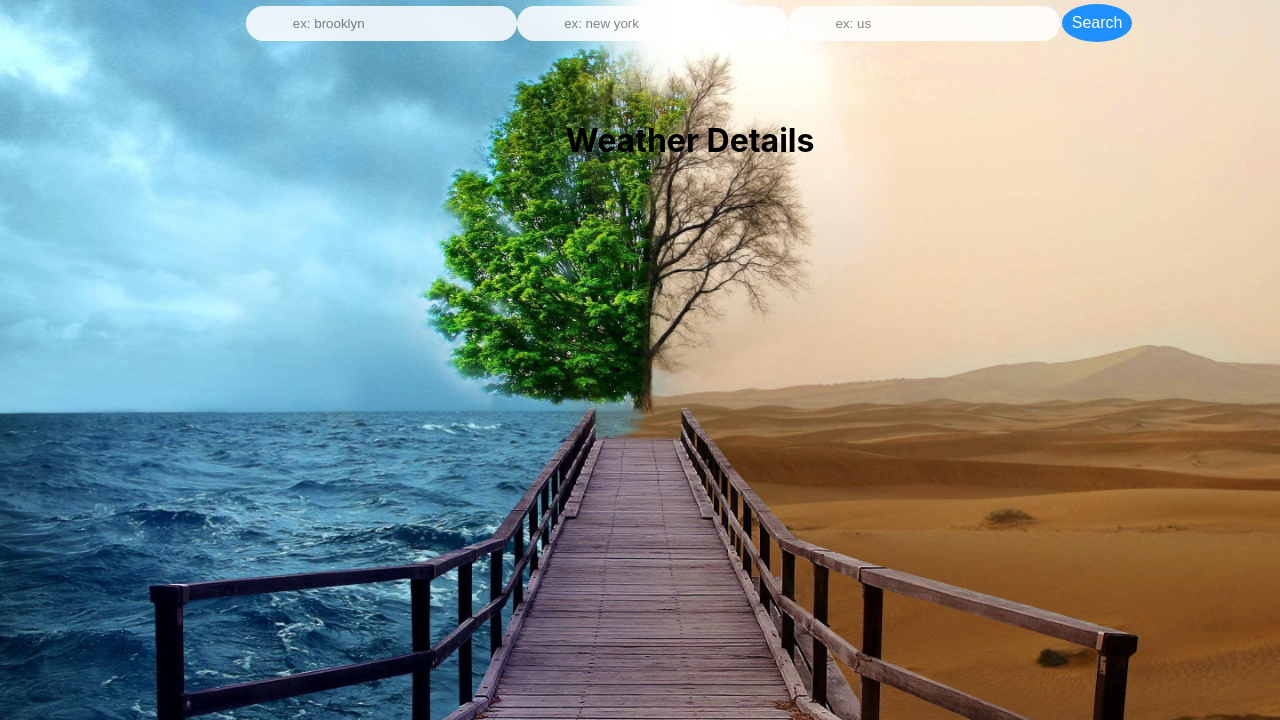
Repository: Mohsin231/Weather_App
Page: /
The author's editor kept a copy of each file at every save. The page is drawn from the files as they stood at one save, then again after the next save.
The browser window is 1280 px wide. The pictures show the whole page.
The project was rebuilt for these pictures with package versions that can differ from the ones it lists, and the page was loaded fresh each time.

Above is the page before, as saved 2021-01-25 04:45:53.

### src/App.js
import React, { useState } from 'react'
import Weather from './Components/Weather'
import WeatherDetails from './Components/WeatherDetails'
import SearchForm from './Components/SearchForm'
import { Route } from 'react-router-dom';
import './App.css';

function App() {

  const [data, setData] = useState({
    city:"",
    state:"",
    country:""
  })

  //weather.js data
  const [weatherData, setWeatherData] = useState(null);
  //weatherDetails data
  const [weatherDetails, setWeatherDetails] = useState(null);

  //displays weather.js data
  function handleChange(event) {
    setData({...data, [event.target.id]:event.target.value})
    console.log(data)
    }

  return (
    <>
    <div className="App">
      <SearchForm
      handleChange={handleChange}
      data={data}
      setData={setData}
      setWeatherData={setWeatherData}
      setWeatherDetails={setWeatherDetails}
      />

<Route path="/" exact component={() => <Weather data={data} setData={setData} weatherData={weatherData}  />} />
<Route path="/" exact component={() => <WeatherDetails data={data} setData={setData} weatherDetails={weatherDetails} />} />

    </div>
    </>

  );
}

export default App;

### src/Components/Weather.js
import React, { useState } from "react";
import WeatherDetails from "../Components/WeatherDetails";
import '../Weather.css';

const Weather = ({ data, setData, weatherData }) => {
  const [action, setAction] = useState("");

  return (
      <div className="main">

        {weatherData &&
        (
          <div className="city-container">

            <div className="city">
            <h2 className="city-name">
              <span>{weatherData.name}, {weatherData.sys.country}</span>
            </h2>

            <div className="city-temp">
              {Math.round(weatherData.main.temp)}
              <sup>&deg;F</sup>
            </div>

            <div className="icon">
              <img className="city-icon" src={`https://openweathermap.org/img/wn/${weatherData.weather[0].icon}@2x.png`} alt={weatherData.weather[0].description} />
              <p>{weatherData.weather[0].description}</p>
            </div>
            </div>

            <button onClick = {() => {setAction("moreDetails")}} id="moreDetails">Show more details...</button>
            </div>

)
}
      {
        action === "moreDetails"
        &&
        <WeatherDetails/>
      }
      </div>

    );
}

export default Weather;




// {weatherData && (
//   <div className="city"
//   <h2 className="city">
//     <span>{weatherData.name}, {weatherData.sys.country}</span>
//   </h2>

// <div className="city-temp">
//   {Math.round(weatherData.main.temp)}
//   <sup>&deg;F</sup>
// </div>

// <div className="city-icon">
// <img className="weather-icon" src={`http://openweathermap.org/img/wn/${weatherData.weather[0].icon}@2x.png`} alt={weatherData.weather[0].description} />
// <p>{weatherData.weather[0].description}</p>
// </div>

// </div>

// )}

// </div>
// </>

### src/Components/WeatherDetails.js
import React from "react";
import '../WeatherDetails.css';

//displays details of weather
const WeatherDetails = ({data, setData, weatherDetails }) => {

  return (
    <div className="main">
      <h1>Weather Details</h1>

      {weatherDetails &&
      (
        <div className="moreInfo">
          <h2>Feels Like: {weatherDetails.main.feels_like}</h2>
          <h2>Min: {weatherDetails.main.temp_min}, Max:{weatherDetails.main.temp_max}</h2>
          <h2>Humidity: {weatherDetails.main.humidity}</h2>
          <h2>Wind Speed: {weatherDetails.wind.speed}</h2>
          </div>

)
}

    </div>

  );
}

export default WeatherDetails;

### src/Components/SearchForm.js
import React, {useEffect} from 'react';
import '../SearchForm.css';
//search


  // Destructure props object
  function SearchForm({handleChange, data, setData, setWeatherData, setWeatherDetails }) {


    const getData = () => {

      let url = `http://api.openweathermap.org/data/2.5/weather?q=${data.city},${data.state},${data.country}&units=imperial&appid=${process.env.REACT_APP_ONEDAY}`

    fetch(url)
      .then(res => res.json())
      .then(res => {
        console.log(res)
        setWeatherData(res);
        setWeatherDetails(res)
      })
      .catch(err => {
        console.error(err);
      });}

  function handleSubmit(event) {
    event.preventDefault();
    getData();
  }

    return (
      <form onSubmit={handleSubmit} className="searchForm">
        <input
          className="search"
          id="city"
          placeholder="ex: brooklyn"
          type="text"
          name="searchString"
          required
          onChange={handleChange}
          value={data.city}
        />
        <input
        className="search"
          id="state"
          placeholder="ex: new york"
          type="text"
          name="searchString"
          required
          onChange={handleChange}
          value={data.state}
        />
        <input
        className="search"
          id="country"
          placeholder="ex: us"
          type="text"
          name="searchString"
          required
          onChange={handleChange}
          value={data.country}
        />
        <button className="button">Search</button>
      </form>
    );
  }
  export default SearchForm;

### src/App.css
.App {
  text-align: center;

}

body {
  background: url("./images/weatherBackground.jpg");
  background-size: cover;
  background-repeat: no-repeat;
}

### src/Weather.css
.main {
    height: 100%;
    display: flex;
    justify-content: center;
    align-items: center;
    flex-direction: column;
    padding-left: 100px;
  }

.city {
    padding: 50px;
    border-radius: 25px;
    background: rgba(235, 230, 230, 0.85);
}

#moreDetails {
    margin-top: 100px;
    background-color: dodgerblue;
    border: none;
    color: white;
    padding: 10px;
    text-align: center;
    text-decoration: none;
    display: inline-block;
    font-size: 16px;
    margin: 4px 2px;

}

### src/WeatherDetails.css
.more-info {
    padding: 40px, 40px, 60px, 60px;
    border-radius: 25px;
    background: rgba(235, 230, 230, 0.85);

}
.main {
    height: 100%;
    display: flex;
    justify-content: center;
    align-items: center;
    flex-direction: column;
  }

### src/SearchForm.css
.search {
    outline: none;
    padding: 10px 4%;
    border-radius: 20px;
    border: none;
    margin-bottom: 5%;
    opacity: 0.85;

}
.button {
    background-color: dodgerblue;
    border: none;
    color: white;
    padding: 10px;
    text-align: center;
    text-decoration: none;
    display: inline-block;
    font-size: 16px;
    margin: 4px 2px;
    border-radius: 80%;
  }

  .searchForm{
    padding-left: 100px;
  }

Loaded but not shown: public/index.html (common file); src/index.js (common file); src/index.css (common file); src/reportWebVitals.js (common file)

After the next save:
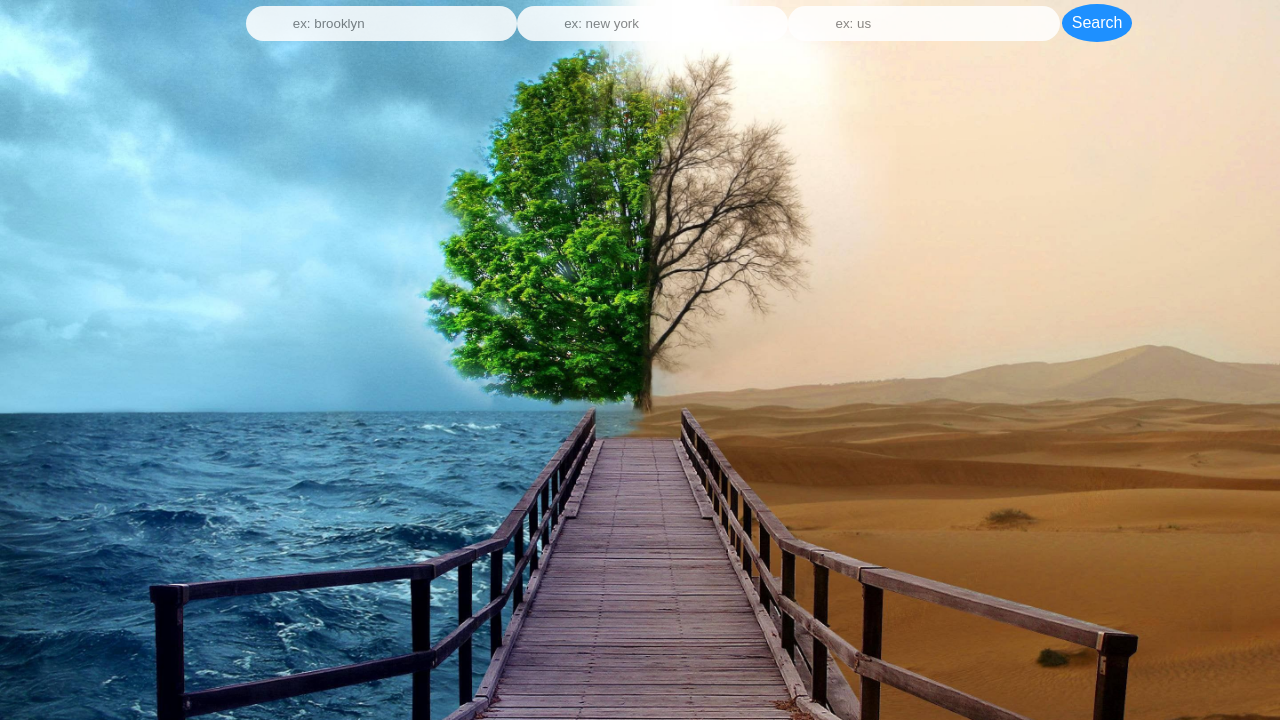
Saved 40 s later.
--- a/src/Components/WeatherDetails.js
+++ b/src/Components/WeatherDetails.js
@@ -6,7 +6,7 @@
 
   return (
     <div className="main">
-      <h1>Weather Details</h1>
+      {/* <h1>Weather Details</h1> */}
 
       {weatherDetails &&
       (

After the save that followed:
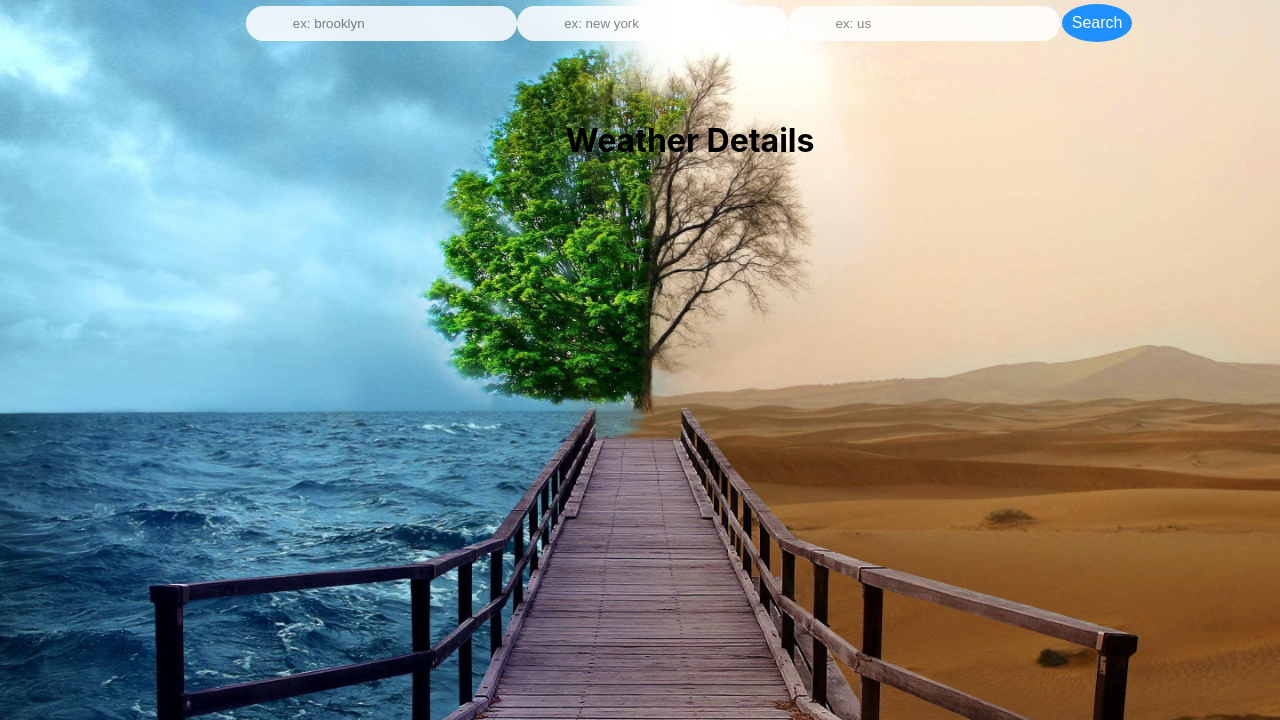
Saved 14 s later.
--- a/src/Components/WeatherDetails.js
+++ b/src/Components/WeatherDetails.js
@@ -6,7 +6,7 @@
 
   return (
     <div className="main">
-      {/* <h1>Weather Details</h1> */}
+      <h1>Weather Details</h1>
 
       {weatherDetails &&
       (
